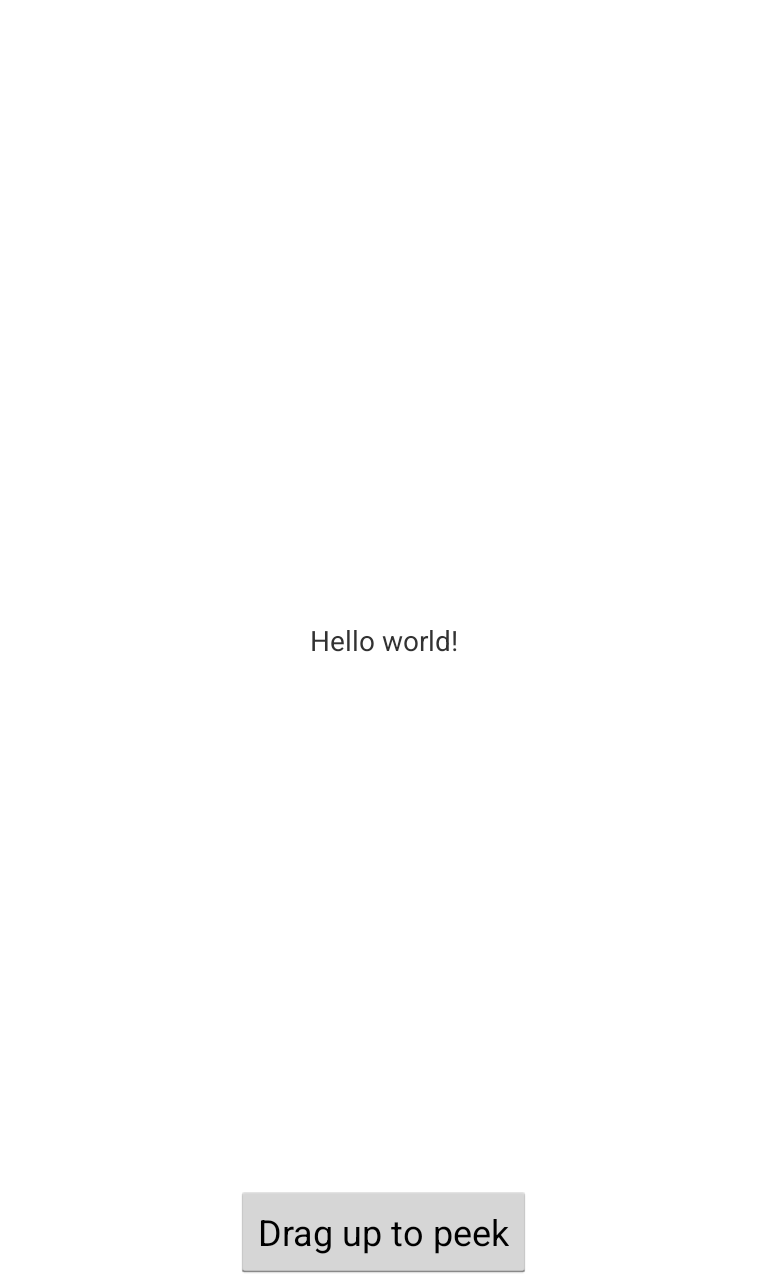
Repository: CrisFeo/JacksonPass
Layout: Android/Passwarp/res/layout/activity_main.xml
The author's editor kept a copy of each file at every save. The layout is drawn from the files as they stood at one save, then again after the next save.
It is drawn on a 768 x 1280 px phone screen (xhdpi) without system bars, with theme AppTheme; the app's code is not run.

Above is the layout before, as saved 2012-09-15 19:48:19.

### Android/Passwarp/res/layout/activity_main.xml
<RelativeLayout xmlns:android="http://schemas.android.com/apk/res/android"
    xmlns:tools="http://schemas.android.com/tools"
    android:layout_width="match_parent"
    android:layout_height="match_parent" >

    <TextView
        android:layout_width="wrap_content"
        android:layout_height="wrap_content"
        android:layout_centerHorizontal="true"
        android:layout_centerVertical="true"
        android:text="@string/hello_world"
        tools:context=".MainActivity" />

    <SlidingDrawer
        android:id="@+id/slidingDrawer1"
        android:layout_width="match_parent"
        android:layout_height="match_parent"
        android:layout_alignParentTop="true"
        android:layout_centerHorizontal="true"
        android:content="@+id/content"
        android:handle="@+id/handle" >

        <Button
            android:id="@+id/handle"
            android:layout_width="wrap_content"
            android:layout_height="wrap_content"
            android:text="Drag up to peek" />

        <LinearLayout
            android:id="@+id/content"
            android:layout_width="match_parent"
            android:layout_height="109dp"
            android:orientation="vertical" >

            <TableLayout
                android:layout_width="match_parent"
                android:layout_height="match_parent"
                android:background="@drawable/backrepeat" >

                <TableRow
                    android:id="@+id/tableRow1"
                    android:layout_width="wrap_content"
                    android:layout_height="wrap_content" >

                    <TextView
                        android:id="@+id/textView1"
                        android:layout_width="wrap_content"
                        android:layout_height="wrap_content"
                        android:text="Row 1: information" />

                </TableRow>

                <TableRow
                    android:id="@+id/tableRow2"
                    android:layout_width="wrap_content"
                    android:layout_height="wrap_content" >

                    <TextView
                        android:id="@+id/textView2"
                        android:layout_width="wrap_content"
                        android:layout_height="wrap_content"
                        android:text="Row 1: information" />

                </TableRow>

                <TableRow
                    android:id="@+id/tableRow3"
                    android:layout_width="wrap_content"
                    android:layout_height="wrap_content" >

                    <TextView
                        android:id="@+id/textView3"
                        android:layout_width="wrap_content"
                        android:layout_height="wrap_content"
                        android:text="Row 1: information" />

                </TableRow>

                <TableRow
                    android:id="@+id/tableRow4"
                    android:layout_width="wrap_content"
                    android:layout_height="wrap_content" >
                </TableRow>
            </TableLayout>
        </LinearLayout>
    </SlidingDrawer>

</RelativeLayout>

### Android/Passwarp/res/values/strings.xml
<resources>

    <string name="app_name">PassAdapt</string>
    <string name="hello_world">Hello world!</string>
    <string name="menu_settings">Settings</string>
    <string name="title_activity_main">PassAdapt</string>

</resources>

### Android/Passwarp/res/drawable-xhdpi/backrepeat.xml
<bitmap xmlns:android="http://schemas.android.com/apk/res/android"
    android:dither="true"
    android:src="@drawable/tileable_wood_texture_2x"
    android:tileMode="repeat" />

Loaded but not shown: Android/Passwarp/res/values-v11/styles.xml (common file); Android/Passwarp/res/values-v14/styles.xml (common file); Android/Passwarp/res/values/styles.xml (common file)

After the next save:
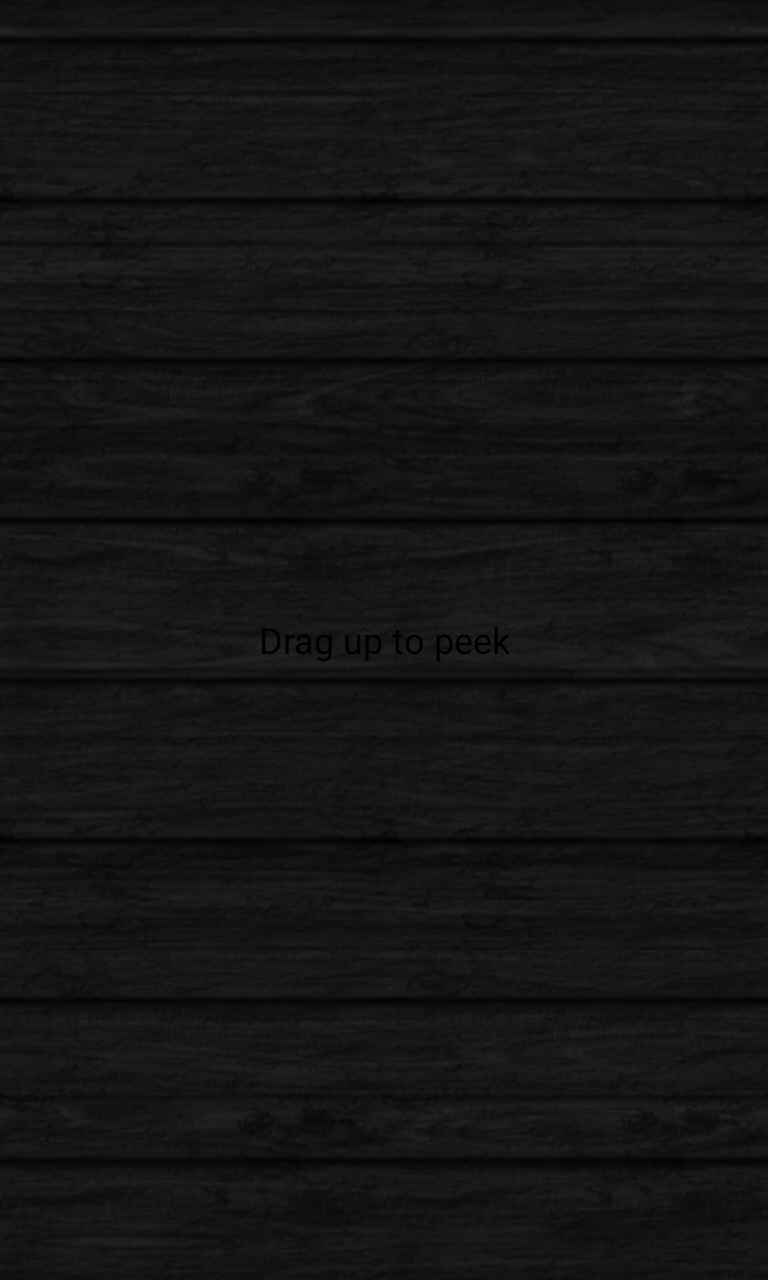
Saved 7 min 21 s later.
--- a/Android/Passwarp/res/layout/activity_main.xml
+++ b/Android/Passwarp/res/layout/activity_main.xml
@@ -22,8 +22,9 @@
 
         <Button
             android:id="@+id/handle"
-            android:layout_width="wrap_content"
-            android:layout_height="wrap_content"
+            android:layout_width="match_parent"
+            android:layout_height="match_parent"
+            android:background="@drawable/dark_wood"
             android:text="Drag up to peek" />
 
         <LinearLayout
